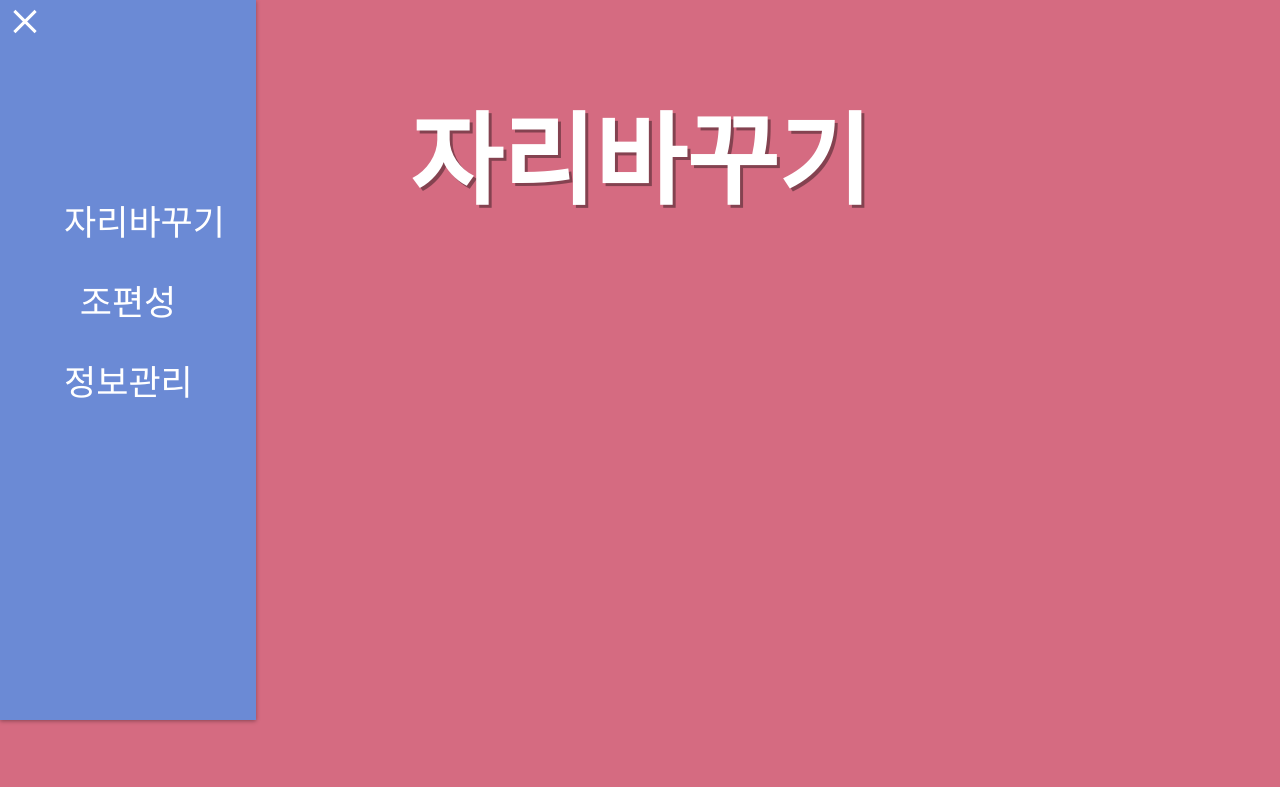
Repository: se-yoo/ChangeSeat
Page: http://localhost/ChangeSeat/main.jsp
An editor plug-in stored every save of this project. The page is shown before and after the next save, followed by the edit.
The browser window is 1280 px wide. The pictures show the whole page.
After loading, the first visible `div.wrap` was clicked once.
Some web libraries are served in a nearby version. The page is served by Tomcat 9.

Above is the page before, as saved 2018-06-25 05:24:50.

After the next save:
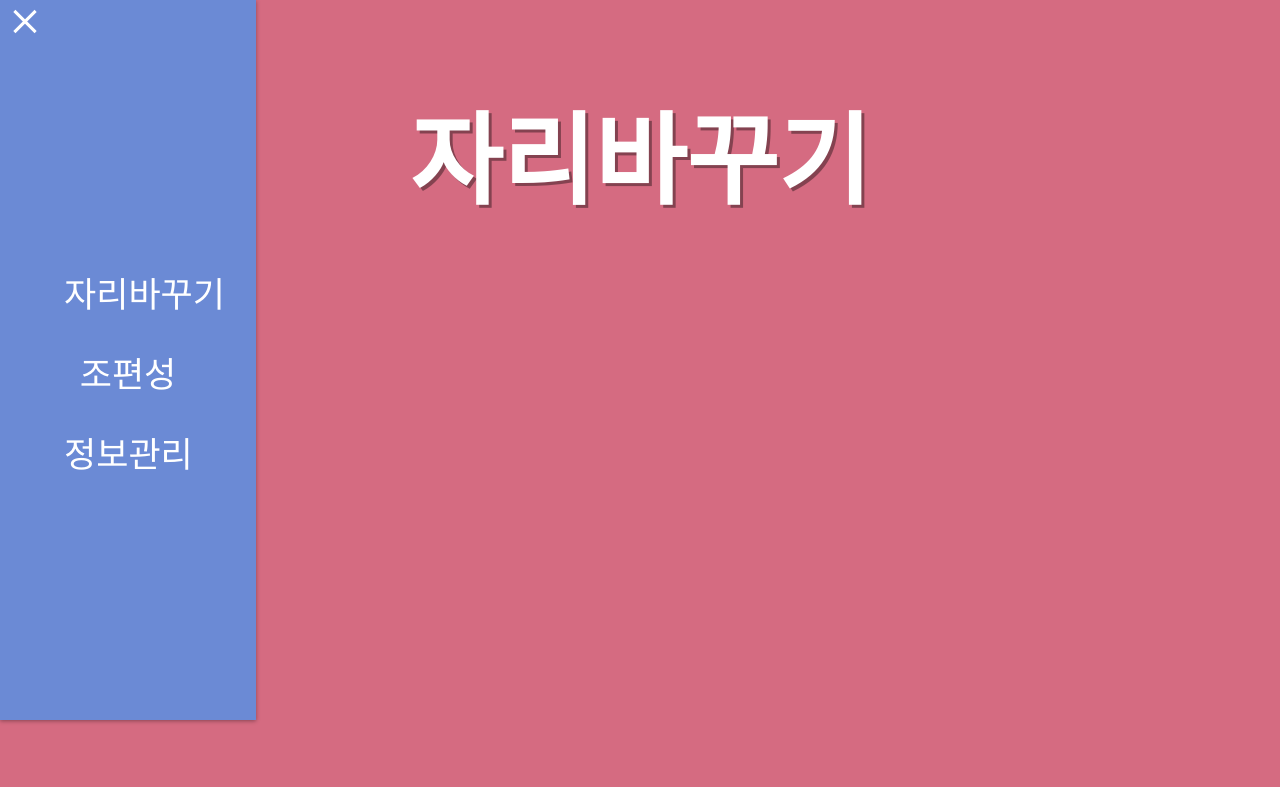
Saved 16 s later.
--- a/ChangeSeat/WebContent/style.css
+++ b/ChangeSeat/WebContent/style.css
@@ -70,7 +70,7 @@ top:20px;
   width:50%;
   position: relative;
   left:25%;
-  top:25%;
+  top:35%;
   white-space: nowrap;
   line-height:80px;
   transition:all .25s ease-in-out;
